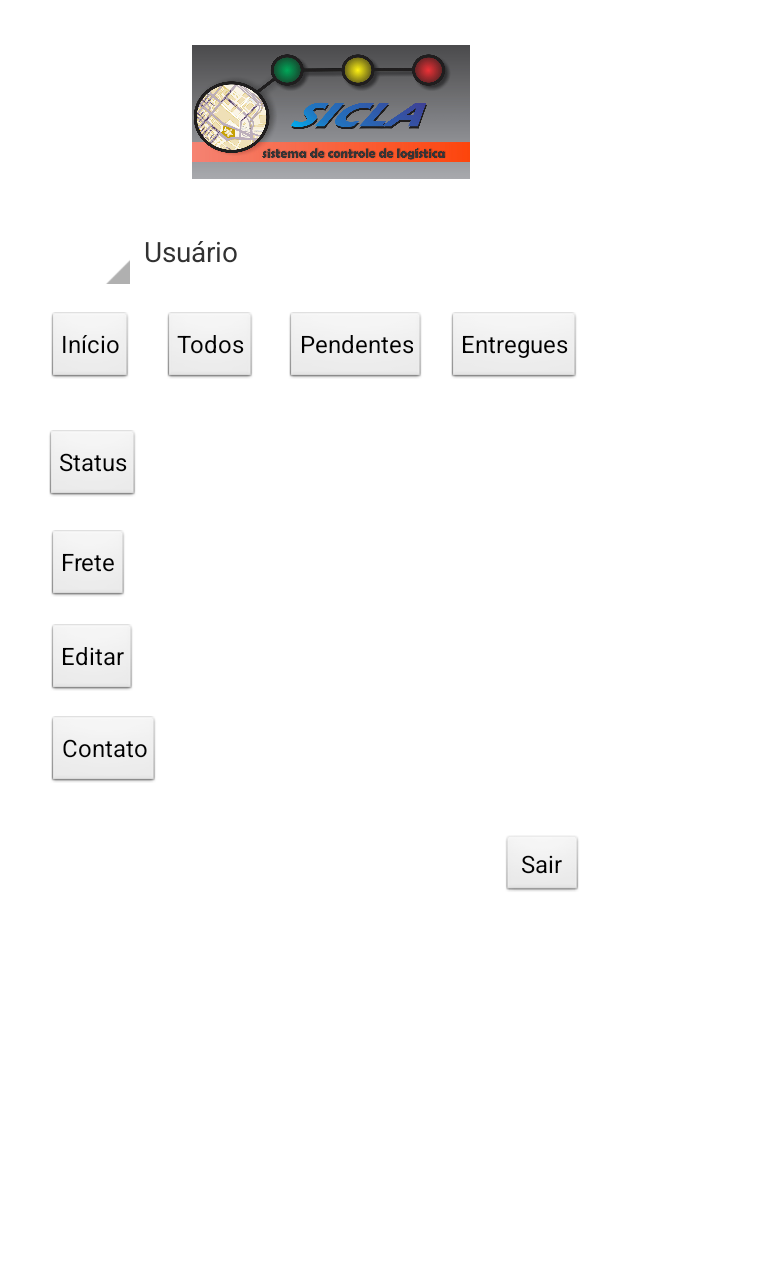
Repository: danielpedroza/SICLA
Layout: Sicla/res/layout/pedidoscliente.xml
The author's editor kept a copy of each file at every save. The layout is drawn from the files as they stood at one save, then again after the next save.
It is drawn on a 768 x 1280 px phone screen (xhdpi) without system bars, with theme AppTheme; the app's code is not run.

Above is the layout before, as saved 2013-07-06 05:56:42.

After the next save:
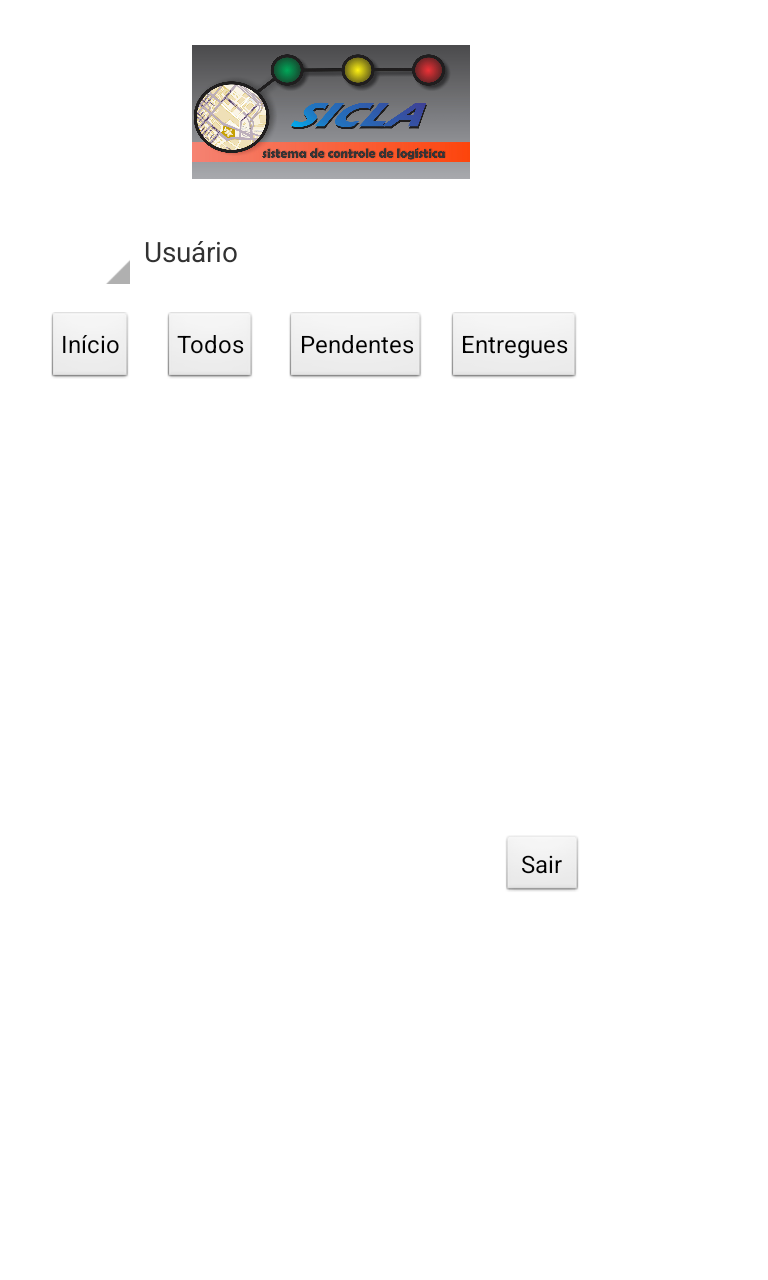
Saved 106 s later.
--- a/Sicla/res/layout/pedidoscliente.xml
+++ b/Sicla/res/layout/pedidoscliente.xml
@@ -78,46 +78,6 @@
             android:textSize="12dp" />
 
         <Button
-            android:id="@+id/Button04"
-            style="?android:attr/buttonStyleSmall"
-            android:layout_width="wrap_content"
-            android:layout_height="wrap_content"
-            android:layout_x="7dp"
-            android:layout_y="199dp"
-            android:text="Status"
-            android:textSize="12dp" />
-
-        <Button
-            android:id="@+id/Button05"
-            style="?android:attr/buttonStyleSmall"
-            android:layout_width="wrap_content"
-            android:layout_height="wrap_content"
-            android:layout_x="8dp"
-            android:layout_y="249dp"
-            android:text="Frete"
-            android:textSize="12dp" />
-
-        <Button
-            android:id="@+id/Button06"
-            style="?android:attr/buttonStyleSmall"
-            android:layout_width="wrap_content"
-            android:layout_height="wrap_content"
-            android:layout_x="8dp"
-            android:layout_y="296dp"
-            android:text="Editar"
-            android:textSize="12dp" />
-
-        <Button
-            android:id="@+id/Button07"
-            style="?android:attr/buttonStyleSmall"
-            android:layout_width="wrap_content"
-            android:layout_height="wrap_content"
-            android:layout_x="8dp"
-            android:layout_y="342dp"
-            android:text="Contato"
-            android:textSize="12dp" />
-
-        <Button
             android:id="@+id/button2"
             android:layout_width="wrap_content"
             android:layout_height="33dp"
